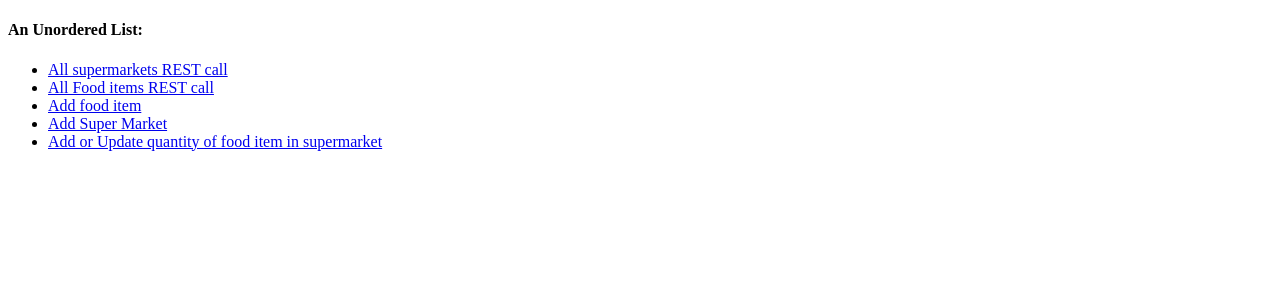
Repository: revatt/SuperMarket
Page: SuperMarketOld/web/pages/index.html
An editor plug-in stored every save of this project. The page is shown before and after the next save, followed by the edit.
The browser window is 1280 px wide. The pictures show the whole page.

Above is the page before, as saved 2013-10-06 23:42:29.

After the next save:
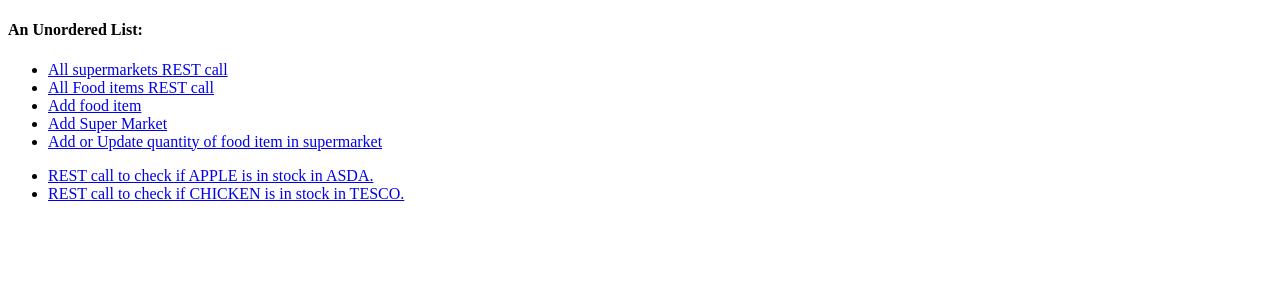
Saved 86 s later.
--- a/SuperMarketOld/web/pages/index.html
+++ b/SuperMarketOld/web/pages/index.html
@@ -11,6 +11,11 @@
   <li><a href="addUpdateQuantity.html">Add or Update quantity of food item in supermarket</a></li>
 </ul>
 
+<ul>
+	<li><a href="rest/foodmarket/fooditems/ASDA/APPLE">REST call to check if APPLE is in stock in ASDA.</a></li>
+	<li><a href="rest/foodmarket/fooditems/TESCO/CHICKEN">REST call to check if CHICKEN is in stock in TESCO.</a></li>
+</ul>
+
 
 </body>
 </html>
